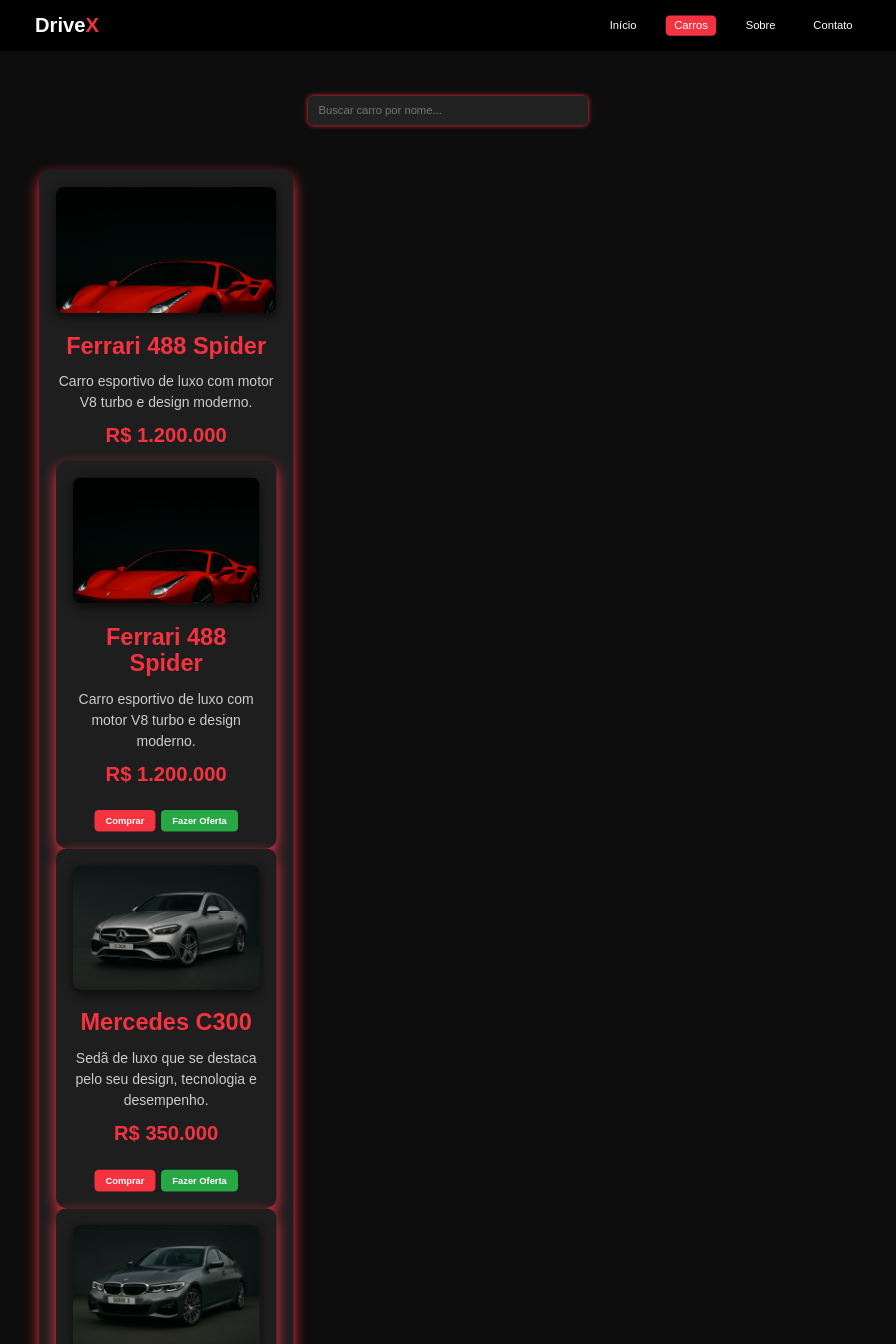
Repository: Mateushlp/DriveX
Page: carros.html
An editor plug-in stored every save of this project. The page is shown before and after the next save, followed by the edit.
The browser window is 1280 px wide. The pictures show the part of the page from y = 0 to 1920 px (the page is 5499 px tall before and 2030 px after), at 70% of full size.

Above is the page before, as saved 2025-06-24 22:37:08.

After the next save:
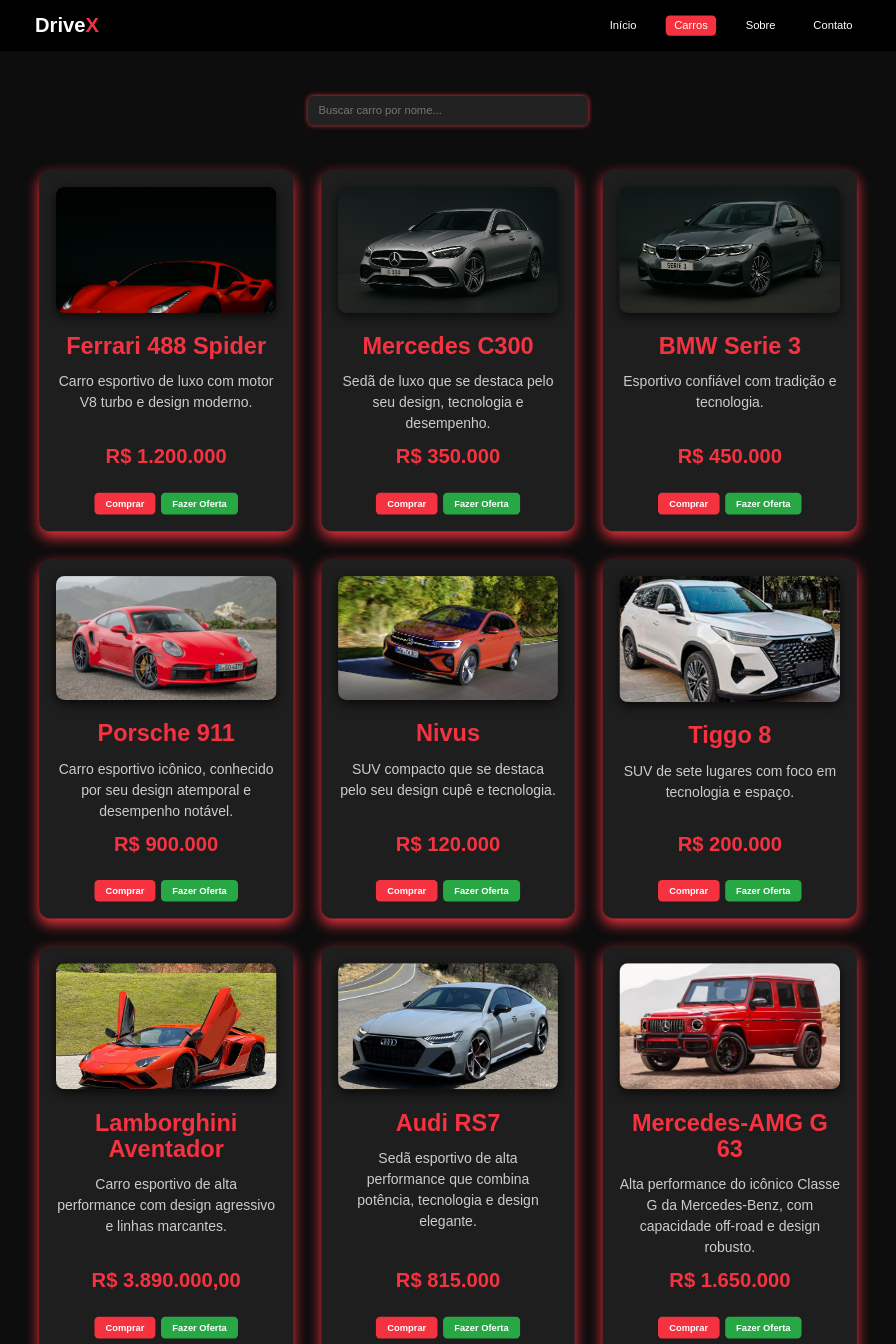
Saved 35 s later.
--- a/carros.html
+++ b/carros.html
@@ -26,11 +26,6 @@
     </section>
 
     <section class="grid-carro">
-      <div class="card-carro">
-        <img src="./img/ferrari.png" alt="Ferrari 488 Spider" />
-        <h3>Ferrari 488 Spider</h3>
-        <p>Carro esportivo de luxo com motor V8 turbo e design moderno.</p>
-        <strong>R$ 1.200.000</strong>
 <div class="card-carro">
   <img src="./img/ferrari.png" alt="Ferrari 488 Spider" />
   <h3>Ferrari 488 Spider</h3>
